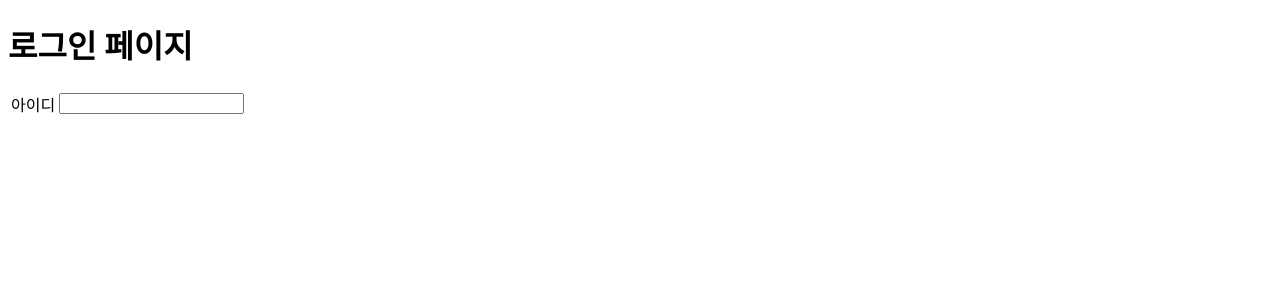
Repository: ksccmp/notice-board
Page: http://localhost/board/login.jsp
These files come from the project's save history. The page is drawn as it stood at one moment and after the next save; the edit follows.
The browser window is 1280 px wide. The pictures show the whole page.
The page is served by Tomcat 9. Nobody is signed in. The application's start-up code is not run.

Above is the page before, as saved 2019-09-18 13:25:38.

After the next save:
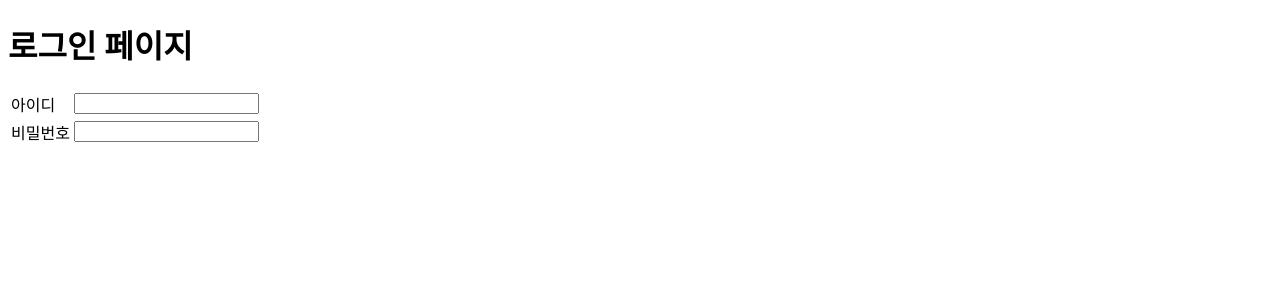
Saved 24 s later.
--- a/board/src/main/webapp/login.jsp
+++ b/board/src/main/webapp/login.jsp
@@ -11,7 +11,12 @@
 	<table>
 		<tr>
 			<td>아이디</td>
-			<td><input type="text" id="id" name="id">
+			<td><input type="text" id="id" name="id"></td>
+		</tr>
+
+		<tr>
+			<td>비밀번호</td>
+			<td><input type="password" id="password" name="password"></td>
 		</tr>
 	</table>
 </body>
